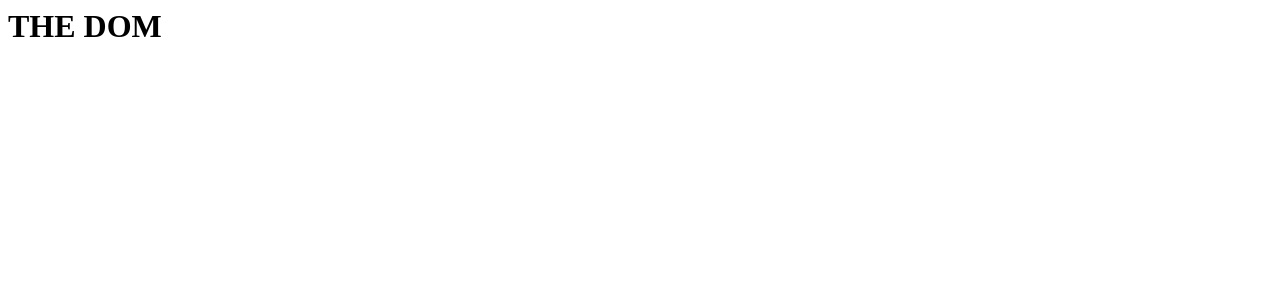
Repository: schweizercode/explainingCodes
Page: index.html
An editor plug-in stored every save of this project. The page is shown before and after the next save, followed by the edit.
The browser window is 1280 px wide. The pictures show the whole page.

Above is the page before, as saved 2021-03-29 14:45:13.

### index.html
<html lang="en">

<head>
    <meta charset="UTF-8">
    <meta name="viewport" content="width=device-width, initial-scale=1.0">
    <title>Document</title>

</head>

<body>
    <h1>THE DOM</h1>

    <ul class="people"></ul>
    <script src="sandbox.js">

    </script>
</body>

</html>

### sandbox.js
// // tempalte string

// const title = 'Best reads of 2019 ';
// const author = ' Mario ';
// const likes = 30;


// // let result = ' The blog called ' + title + 'By' + author + ' has ' + likes + ' likes ';
// // console.log(result)

// // template string way
// let result = `The blog called ${title} by ${author} has ${likes} likes`;
// console.log(result);

// // -> very important! I didn't know about this!!!
// // -> You have to use those {` `} Backticks tags, those are different than these {' '}

// // creating html templates
// let html = `
// <h2> ${title}</h2>
// <p> By ${author} </p>
// <span> This blog has ${likes} likes </span>
// `;
// console.log(html);

// booleans & comparisons
// console.log(true, false, "true", "false");


// // methods can reuturn booleans
// let email = 'luigi@theninja.co.uk';
// let names = ['mario', 'luigi', 'toad'];

// let results = email.includes('!');
// let results = names.includes('bowser');

// console.log(results);


// //type conversion
// let score = '100';

// // score = Number(score);
// // console.log(score + 1);
// // console.log(typeof score);

// // let result = Number('hello');
// // let result = String(50);
// // let result = Boolean(0)
// let result = Boolean('');

// console.log(result, typeof result);


// for loops

// for (let i = 0; i < 5; i++) {
//     console.log('in loop:', i);
// }
// console.log('loop finished')


// const names = ['shaun', 'mario', 'luigi'];

// for (let i = 0; i < names.length; i++) {
//     console.log(names[i]);
//     let html = `<div>${names[i]} </div>`;
//     console.log(html)
// }


// while Loop

// const names = ['shaun', 'mario', 'luigi'];
// let i = 0;

// while (i < 5) {
//     console.log('in loop:', i);
//     i++;
// }

// let i = 0;
// while (i < names.length) {
//     console.log(names[i]);
//     i++;
// }


// do while loops

// let i = 2;

// do {
//     console.log('val of i is:', i);
//     i++;
// } while (i < 5);


//if statements
// const age = 25;

// if (age > 20) {
//     console.log('you are over 20 years old');
// }

// const ninjas = ['shuan', 'ryu', 'chun-li', 'yoshi'];

// if (ninjas.length > 4) {
//     console.log("that's a lot of ninjas")
// }

// logical operators - OR || and AND &&

// const password = 'p@ss12';

// if (password.length >= 12 && password.includes('@')) {
//     console.log(' that password is mighty strong!');

// } else if (password.length >= 8 || password.includes('@') && password.length >= 5) {
//     console.log('that password is strong enough!');

// } else {
//     console.log('password is not long enough');
// }


//logical NOT (!)

// let user = false;

// if (!user) {
//     console.log('you must be logged in to continue');
// }

// console.log(!true);
// console.log(!false);


// break and continue

// const scores = [50, 25, 0, 30, 100, 20, 10];

// for (let i = 0; i < scores.length; i++) {

//     if (scores[i] === 0) {
//         continue;
//     }

//     console.log('your score:', scores[i]);

//     if (scores[i] === 100) {
//         console.log('congrats, you got the top score!');
//         break;
//     }

// }


//switch statemnts

// const grade = 'D';

// switch (grade) {
//     case 'A':
//         console.log('You got an A!');
//         break;
//     case 'B':
//         console.log('You got an B!');
//         break;
//     case 'C':
//         console.log('You got an C!');
//         break;
//     case 'D':
//         console.log('You got an D!');
//         break;
//     case 'E':
//         console.log('You got an E!');
//         break;
//     default:
//         console.log('not a valid grade');
// }


//usingn if statements
// if (grade === 'A') {
// } else if (gradce === 'B') {

// } else if (gradce === 'C') {

// } else if (gradce === 'D') {

// } else if (gradce === 'E') {

// } else {

// }

// const goals = [60, 763, 762, 81, 14, 8, 37,];

// for (let i = 0; i < goals.length; i++) {
//     console.log("that's your score:", goals[i])
// }

// variables & block scope

// const age = 30;

// if (true) {
//     const age = 40;
//     // you can't excess name outside of this roadblock!
//     const name = 'shaun';
//     console.log('inside 1st code block: ', age, name);

//     if (true) {
//         const age = 50;
//         console.log('inside 2nd code block:', age);
//         var test = 'hello';
//     }
// }

// console.log('outside code block: ', age, name);

// you are allowed to redefine the variable in the roadblock!


// FUNCTION declaration

// function greet() {
//     console.log('hello there');
// }

// // function expression
// const speak = function () {
//     console.log('good day!');
// };

// // greet();
// // greet();
// // greet();


// speak();
// speak();

// // function declaration
// function greet() {
//     console.log('hello there');
// }


//arguments & parameters

// const speak = function (name = 'luigi', time = 'night') {
//     console.log(`good ${time} ${name}`);
// };

// regular function
// const calcArea = function (radius) {
//     return 3.14 * radius ** 2;
// };

// arrow function
// const calcArea = radius => 3.14 * radius ** 2;;

// const area = calcArea(5);
// console.log('area is:', area);

// -> praxtice arrow functions

// const greet = function () {
//     return 'hello, world';
// }

// const greet = () => 'hello world';

// const result = greet();
// console.log(result)

// const bill = function (products, tax) {
//     let total = 0
//     for (let i = 0; i < products.length; i++) {
//         total += products[i] + products[i] * tax;
//     }
//     return total;
// }

// const bill = (products, tax) => {
//     let total = 0;
//     for (let i = 0; i < products.length; i++) {
//         total += products[i] + products[i] * tax;
//     }
//     return total;
// };

// console.log(bill([10, 15, 30], 0.2));

// const name = 'shaun';

// //functions

// const greet = () => 'hello';

// let resultOne = greet();
// console.log(resultOne)

// //methods

// let resultTwo = name.toUpperCase();
// console.log(resultTwo)


// callbacks & foreach

// let people = ['mario', 'luigi', 'ryu', 'shaun', 'chun-li'];

// const logPerson = (person, index) => {
//     console.log(`${index} - hello ${person}`)
// };

// people.forEach(logPerson);

// get a refernece to the 'ul'

// const ul = document.querySelector('.people');

// const people = ['mario', 'luigi', 'ryu', 'shaun', 'chun-li'];

// let html = ``;

// people.forEach(person => {
//     //create html template
//     html += `<li style="color: purple"> ${person}</li>`
// });

// console.log(html);
// ul.innerHTML = html;


//object literals

// const blogs = [
//     { title: 'why mac and cheese rules', likes: 30 },
//     { title: '10 things to make with marmite', likes: 50 }
// ];

// console.log(blogs)

// let user = {
//     name: 'crystal',
//     age: 30,
//     email: 'crystal@gmail.com',
//     location: 'berlin',
//     blogs: [
//         { title: 'why mac and cheese rules', likes: 30 },
//         { title: '10 things to make with marmite', likes: 50 }
//     ],
//     login() {
//         console.log('the user is logged in ')
//     },
//     logout: function () {
//         console.log('the user is logged out');
//     },
//     logBlogs: function () {
//         console.log(this.blogs);
//         console.log('this user has written the following blogs:')
//         this.blogs.forEach(blog => {
//             console.log(blog.title, blog.likes);
//         });
//     }
// };

// user.logBlogs();
// console.log(this);


// Math object

// console.log(Math);
// console.log(Math.PI);
// console.log(Math.E);

// const area = 7.7;

// console.log(Math.round(area));
// console.log(Math.floor(area));
// console.log(Math.trunc(area));


// // random numbers

// const random = Math.random();

// console.log(random);
// console.log(Math.round(random * 100));


// primitive values

// let scoreOne = 50;
// let scoreTwo = scoreOne;

// console.log(`scoreOne: ${scoreOne}`, `scoreTwo: ${scoreTwo}`);

// scoreOne = 100;
// console.log(`scoreOne: ${scoreOne}`, `scoreTwo: ${scoreTwo}`);


//refernece values

// const userOne = { name: 'ryu', age: 30 };
// const userTwo = userOne;

// console.log(userOne, userTwo);

// userTwo.name = 'chun-li';
// console.log(userOne, userTwo);

After the next save:
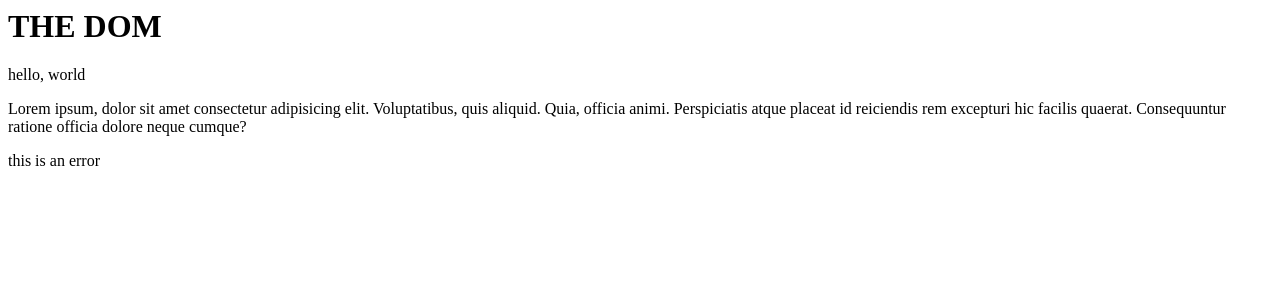
Saved 18 min 49 s later.
--- a/index.html
+++ b/index.html
@@ -10,7 +10,14 @@
 <body>
     <h1>THE DOM</h1>
 
-    <ul class="people"></ul>
+
+    <div>
+        <p> hello, world</p>
+        <p> Lorem ipsum, dolor sit amet consectetur adipisicing elit. Voluptatibus, quis aliquid. Quia, officia animi.
+            Perspiciatis atque placeat id reiciendis rem excepturi hic facilis quaerat. Consequuntur ratione officia
+            dolore neque cumque?</p>
+        <p class="error">this is an error</p>
+    </div>
     <script src="sandbox.js">
 
     </script>
